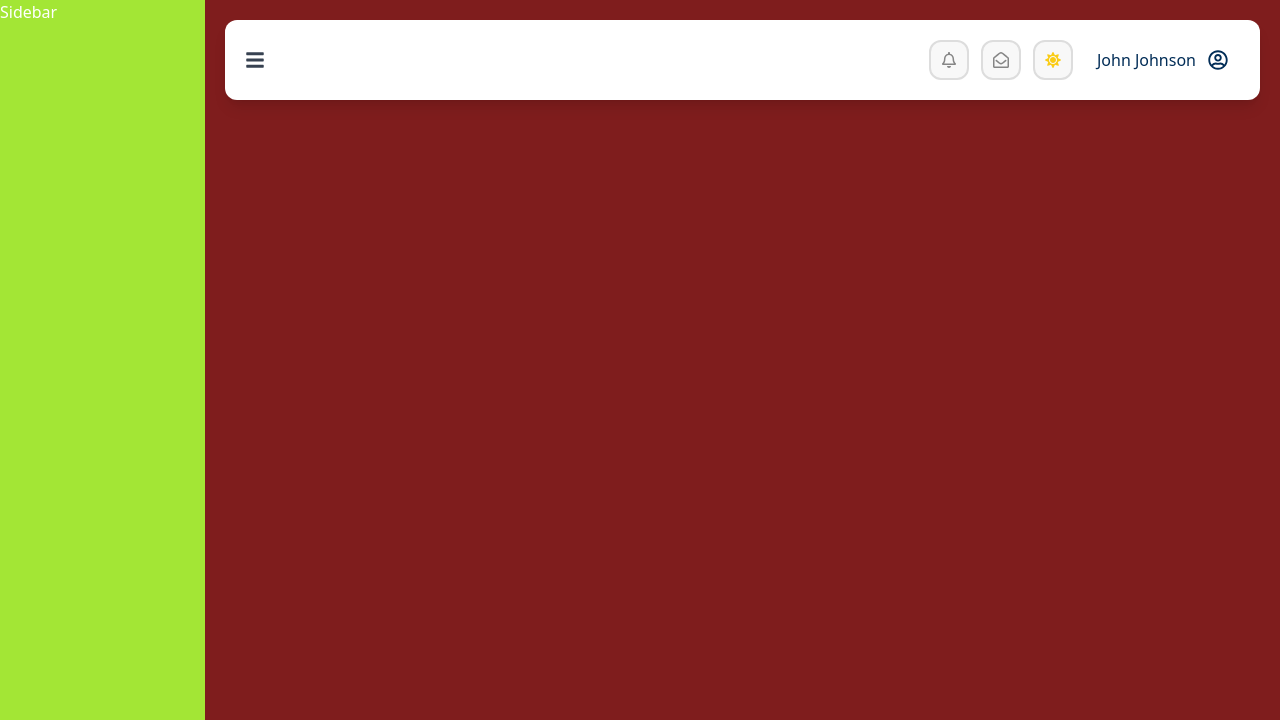
Repository: farrelmuhammad/redesign-bo
Page: /
These files come from the project's save history. The page is drawn as it stood at one moment and after the next save; the edit follows.
The browser window is 1280 px wide. The pictures show the whole page.
The project was rebuilt for these pictures with package versions that can differ from the ones it lists, and the page was loaded fresh each time. Also part of the build but not shown: src/App.css.

Above is the page before, as saved 2024-03-02 19:29:38.

### src/App.tsx
import React from 'react';
import logo from './logo.svg';
import './App.css';
import Navbar from './components/Navbar';
import Sidebar from './components/Sidebar';

function App() {
  return (
    <section className='bg-red-900 h-screen w-screen flex font-poppins text-white'>
      <Sidebar />
      <Navbar />
    </section>
  );
}

export default App;

### src/components/Navbar.tsx
import React from 'react'
import { FaBars, FaMoon, FaRegBell, FaRegEnvelopeOpen, FaRegUserCircle, FaSun } from "react-icons/fa";

const Navbar = () => {
    return (
        <nav className='bg-white h-20 w-full flex flex-row justify-between items-center px-5 m-5 rounded-xl shadow-lg'>
            <div className="flex flex-1 justify-start items-center">
                <button className='text-xl text-gray-700 hover:text-black'>
                    <FaBars />
                </button>
            </div>
            <div className="flex flex-1 flex-row gap-3 justify-end items-end">
                <button className='flex justify-center items-center h-10 w-10 text-[#868686] bg-[#F8F8F8] rounded-xl border-[2px] border-[#DDDDDD] hover:border-gray-500 hover:text-gray-500'>
                    <FaRegBell />
                </button>
                <button className='flex justify-center items-center h-10 w-10 text-[#868686] bg-[#F8F8F8] rounded-xl border-[2px] border-[#DDDDDD] hover:border-gray-500 hover:text-gray-500'>
                    <FaRegEnvelopeOpen />
                </button>
                <button className='flex justify-center items-center h-10 w-10 rounded-xl border-[2px] border-[#DDDDDD] bg-[#F8F8F8] text-yellow-400 hover:border-gray-500 hover:text-yellow-500'>
                    <FaSun />
                    {/* <FaMoon /> */}
                </button>
                <button className='flex flex-row justify-center items-center py-2 px-3 gap-3 text-[#022D57] hover:text-[#1e183a]'>
                    John Johnson <FaRegUserCircle className='text-xl' />
                </button>
            </div>
        </nav>
    )
}

export default Navbar

### src/components/Sidebar.tsx
import React from 'react'

const Sidebar = () => {
  return (
    <aside className='flex flex-col h-screen w-1/5 bg-lime-400'>Sidebar</aside>
  )
}

export default Sidebar

Loaded but not shown: public/index.html (common file); src/index.tsx (common file); src/index.css (common file); src/reportWebVitals.ts (common file); tailwind.config.js (common file)

After the next save:
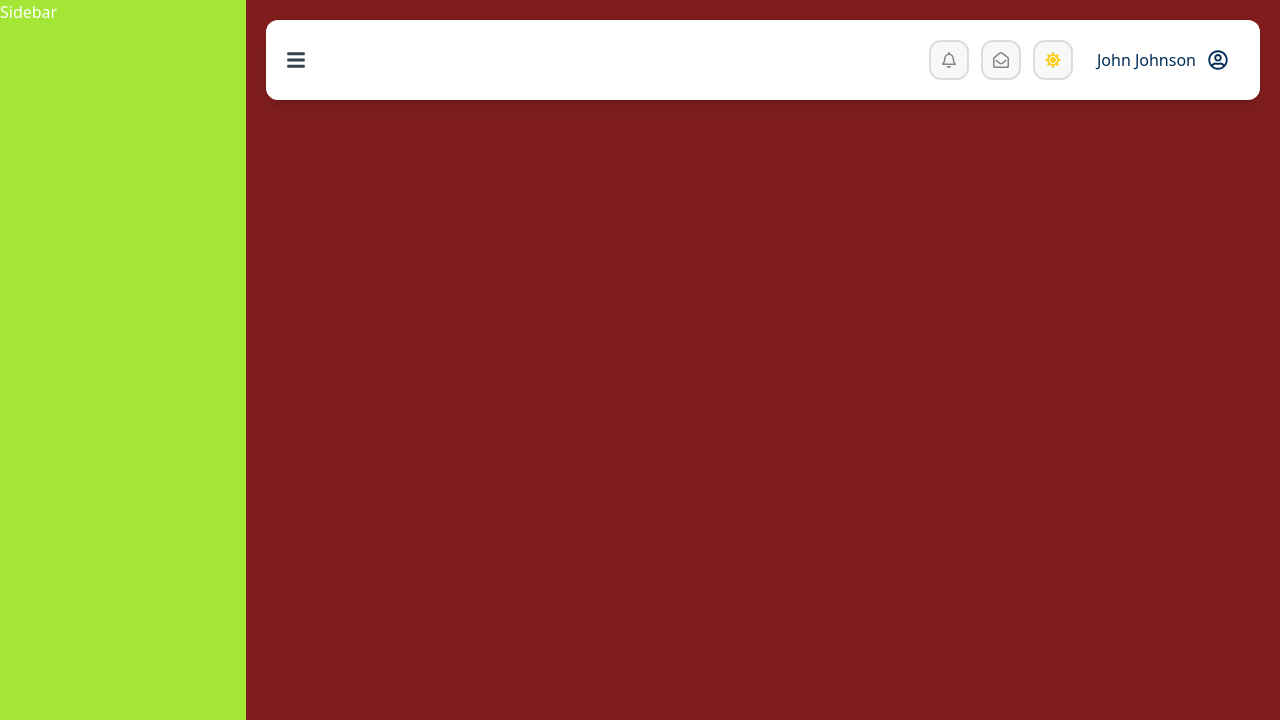
Saved 16 s later.
--- a/src/components/Sidebar.tsx
+++ b/src/components/Sidebar.tsx
@@ -2,7 +2,7 @@ import React from 'react'
 
 const Sidebar = () => {
   return (
-    <aside className='flex flex-col h-screen w-1/5 bg-lime-400'>Sidebar</aside>
+    <aside className='flex flex-col h-screen w-1/4 bg-lime-400'>Sidebar</aside>
   )
 }
 
